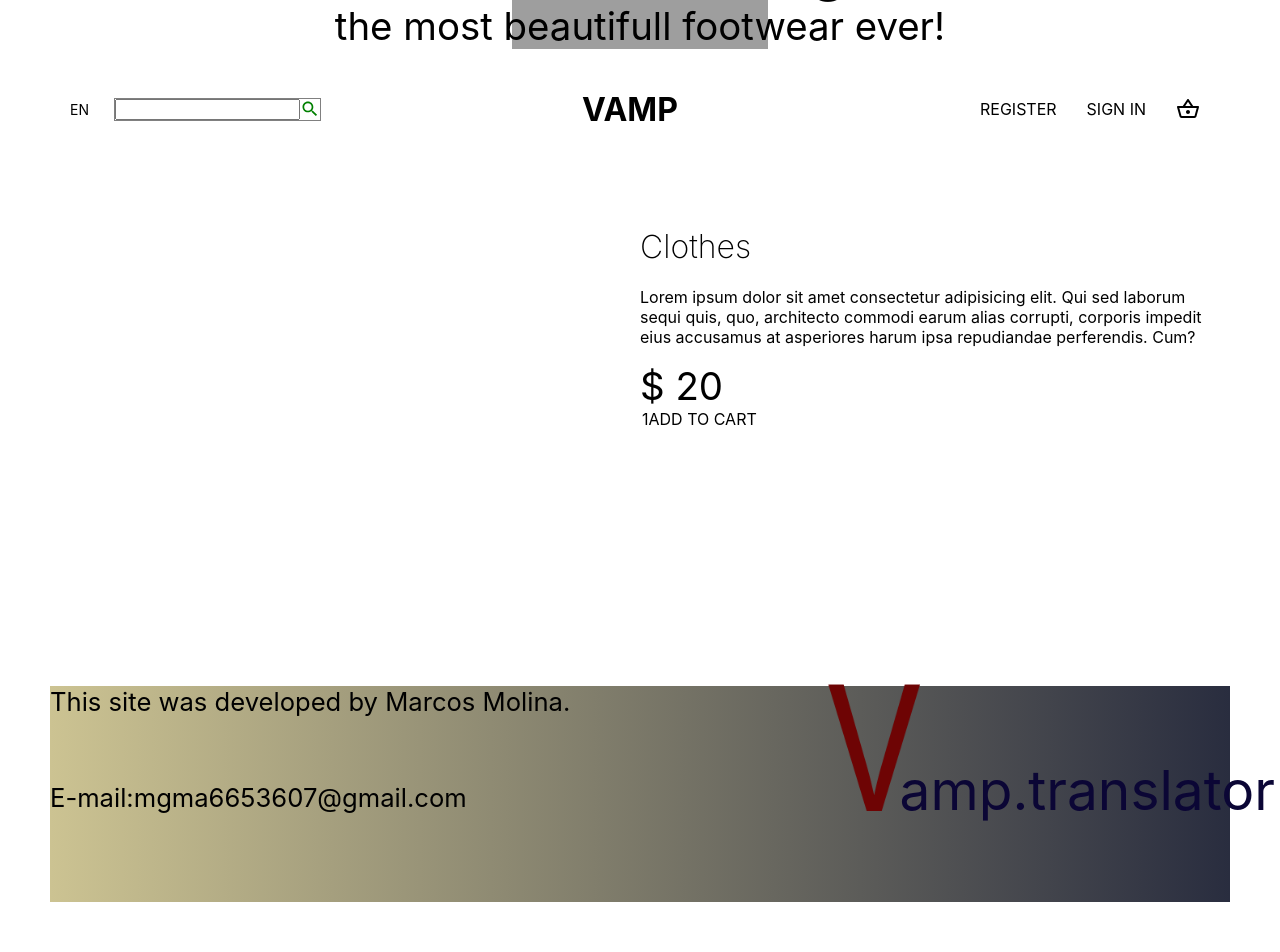
Repository: mgma2005/ecoeli
Page: /
An editor plug-in stored every save of this project. The page is shown before and after the next save, followed by the edit.
The browser window is 1280 px wide. The pictures show the part of the page from y = 124 to 1076 px (the page is 1076 px tall before and 997 px after).
Pictures or frames that could not be fetched are drawn as grey boxes. The project was rebuilt for these pictures with package versions that can differ from the ones it lists, and the page was loaded fresh each time. Also part of the build but not shown: src/App.css.

Above is the page before, as saved 2022-05-14 17:48:32.

### src/App.js

import './App.css';
//import Home from './pages/Home';
import React from 'react';
//import ProductList from './pages/ProductList';
import Product from './pages/Product';


function App() {
  return <Product />
}

export default App;

### src/pages/Product.jsx
import { Add } from "@material-ui/icons";
import { Remove } from "@material-ui/icons";
import styled from "styled-components";
//import Product from '../pages/Product';
import Announcement from "../Components/Announcement";
import Navbar from '../pages/Navbar';
import Footer from '../Components/Footer';




const Container = styled.div`
  padding: 50px;

`;

const Wrapper = styled.div`
  display: flex;
`;

const ImgContainer = styled.div`
  flex: 1;
`;

const Image = styled.div`
  width: 100%;
  height: 90vh;
  object-fit: cover;
`;

const InfoContainer = styled.div`
  flex: 1;
  padding: 0px 50 px;
`;

const Title = styled.h1`
  font-weight: 200;
  margin-top: 20%;
`;

const Desc = styled.p``;

const Price = styled.span`
  font-size: 3vw;
`;

const AddContainer = styled.option`
  display: flex;
  align-items: center;
  width: 50%;
  justify-content: space-between;
`;
const AmountContainer = styled.div`
  display: flex;
  align-items: center;
  font-weight: 700;
`;
const Amount = styled.span``;

const Button = styled.button``;





const Product = ({ item }) => {
  return (
    <Container>
        <Announcement/>
        <Navbar/>
        <Wrapper>
        <ImgContainer>
        <Image src="https://www.tactimex.com/wp-content/uploads/2018/11/Googles1.jpg"/>
        </ImgContainer>
        <InfoContainer>
          <Title>Clothes</Title>
          <Desc>Lorem ipsum dolor sit amet consectetur adipisicing elit. Qui sed laborum sequi quis, quo, architecto commodi earum alias corrupti, corporis impedit eius accusamus at asperiores harum ipsa repudiandae perferendis. Cum? </Desc>
          <Price>$ 20</Price>
          <AddContainer>

            <AmountContainer>
              <Remove/>
              <Amount>1</Amount>
              <Add/>
            </AmountContainer>
            <Button>ADD TO CART</Button>
          </AddContainer>
        </InfoContainer>
      </Wrapper>
      <Footer />
    </Container>
  );
};

export default Product;

### src/Components/Announcement.jsx
import styled from "styled-components";
import React from "react";

const Text = styled.div`
  font-size: 5vw;
  text-align: center;
  background-image: url("https://img.freepik.com/foto-gratis/bandera-argentina-sobre-fondo-blanco_532129-292.jpg?w=900");
  background-size: 20vw;
  background-repeat: no-repeat;
  background-position: center;



`

const P = styled.div`
  font-size: 3vw;
`


const Announcement = () => {
  return (
    <Text>
          Wellcome to Miss Argentina...
        <P>
          the most beautifull footwear ever!
        </P>
    </Text>
  )
}

export default Announcement

### src/pages/Navbar.jsx
import React from 'react';
import styled from 'styled-components';
import { Search, ShoppingBasketOutlined } from "@material-ui/icons";
import { Badge } from '@material-ui/core';



const Container = styled.div`
height: 60px;

`

const Wrapper = styled.div`
padding: 10px 20px;
display: flex;
align-items: center;
justify-content: space-between;

`

const Left = styled.div`
flex: 1;
display: flex;
align-items: center;
`

const Language = styled.span`
    font-size: 14px;
    cursor: pointer;
`

const SearchContainer = styled.div`
    border: 1px solid gray;
    display: flex;
    align-items: center;
    margin-left: 25px;
`

const Input = styled.input`
    border= none;
`
const Logo = styled.h1`
    font-weight: bold;
`


const Center = styled.div`
flex: 1;
text-align: center;
`
const Right = styled.div`
flex: 1;
display: flex;
align-items: center;
justify-content: flex-end;
`

const MenuItem = styled.div`
    font-size= 14px;
    cursor: pointer;
`

function Navbar() {
    return (
        <Container>
            <Wrapper>
            <Left>
               <Language>EN</Language>
               <SearchContainer>
                   <Input/>
                   <Search style={{color:"green", fontSize: 20}}/>
               </SearchContainer>
            </Left>
            <Center><Logo>VAMP</Logo></Center>
            <Right style={{padding: 5, margin: 5}}>
                <MenuItem>REGISTER</MenuItem>
                <MenuItem style={{padding: 30}}>SIGN IN</MenuItem>
                <MenuItem>
                <Badge badgecontent={4} color="primary">
                    <ShoppingBasketOutlined/>
                </Badge>
                </MenuItem>

            </Right>
            </Wrapper>
        </Container>
    );
}

export default Navbar;

### src/Components/Footer.jsx
import React from 'react';
import '../style.css';

  function Footer() {
	return (
		<div className="row">
			<div className="cont2">
				<div className="thissite">This site was developed by Marcos Molina.</div>
				<div className="email">E-mail:mgma6653607@gmail.com</div>
				<div className="col-6">
					<div className="V">V</div>
					<div className="ampi">amp.translator</div>
				</div>
			</div>
		</div>
	);
}

export default Footer;

### src/style.css
.cont2{

    width: 100%;
    height: 30vh;
    background: linear-gradient(to right, rgb(204, 195, 146),rgb(41, 45, 63));

}

.thissite{
    font-size: 2vw;
    width: 70vw;

    margin-top: -6%;

}

.email{
    font-size: 2vw;
    align-content: center;
    margin-top: 5.5%;

}

.V{

        color: rgb(110, 4, 4);
        font-family: Courier;
        font-size: 15vw;
        margin-left: 64%;
        margin-top: -13.7%;



        animation-name: vamp;
        animation-timing-function: linear;
        animation-duration: 4s;
        -webkit-transform-origin-x: 5vw;
        animation-iteration-count: infinite;
    }
    @keyframes vamp{
        from{transform: rotateY(0deg);}
        to{transform: rotateY(360deg);}
    }


.ampi{
    font-size: 4.3vw;
    margin-left: 72%;
    margin-top: -9.5%;
    color: rgb(11, 6, 53);



}

Loaded but not shown: public/index.html (common file); src/index.js (common file); src/index.css (common file); src/reportWebVitals.js (common file)

After the next save:
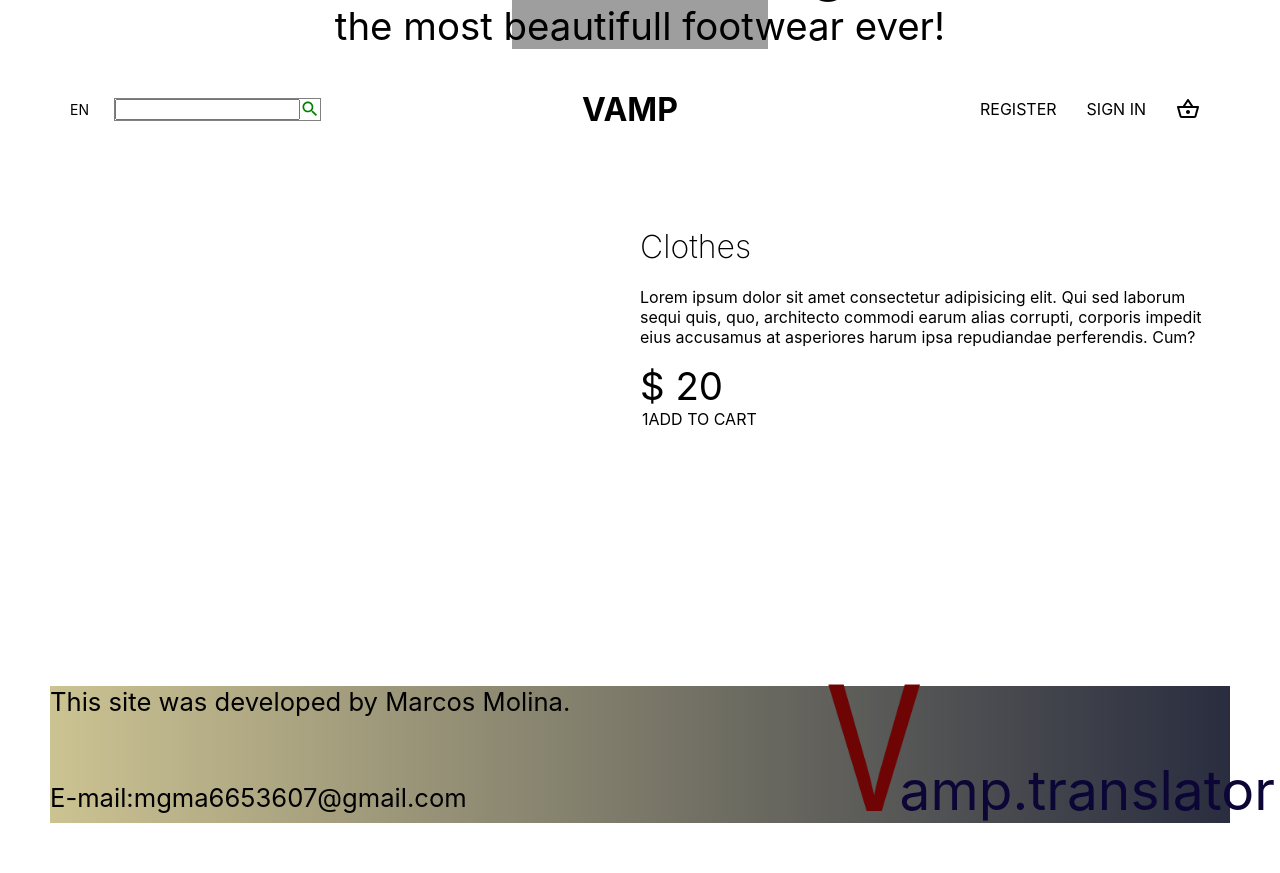
Saved 9 s later.
--- a/src/style.css
+++ b/src/style.css
@@ -1,7 +1,7 @@
 .cont2{
 
     width: 100%;
-    height: 30vh;
+    height: ;
     background: linear-gradient(to right, rgb(204, 195, 146),rgb(41, 45, 63));
 
 }
